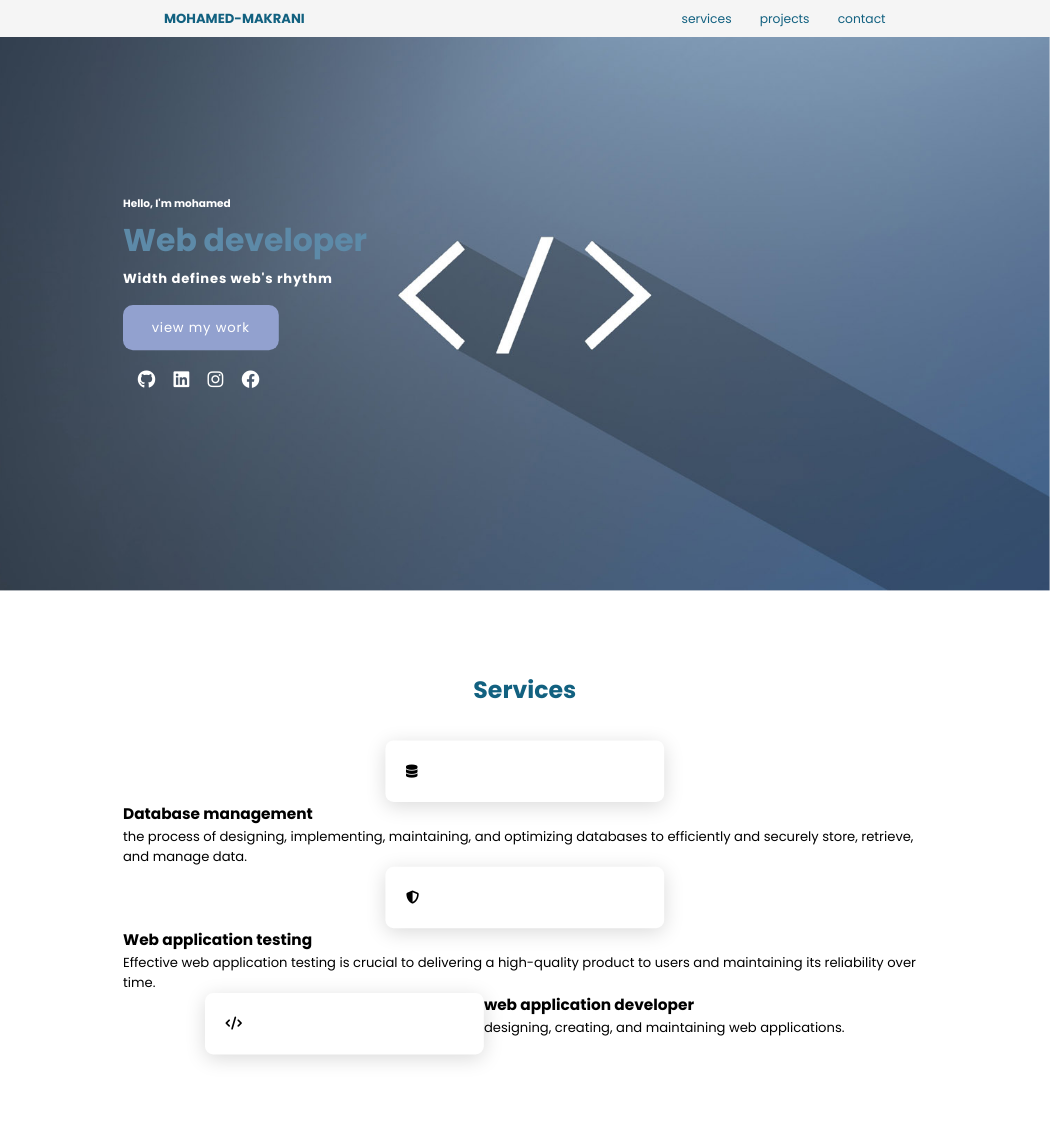
Repository: mohamed-makrani/Portfolio
Page: indixe.html
An editor plug-in stored every save of this project. The page is shown before and after the next save, followed by the edit.
The browser window is 1280 px wide. The pictures show the whole page, at 82% of full size.
Backgrounds fixed to the window are drawn as part of the page.

Above is the page before, as saved 2023-09-16 19:35:47.

After the next save:
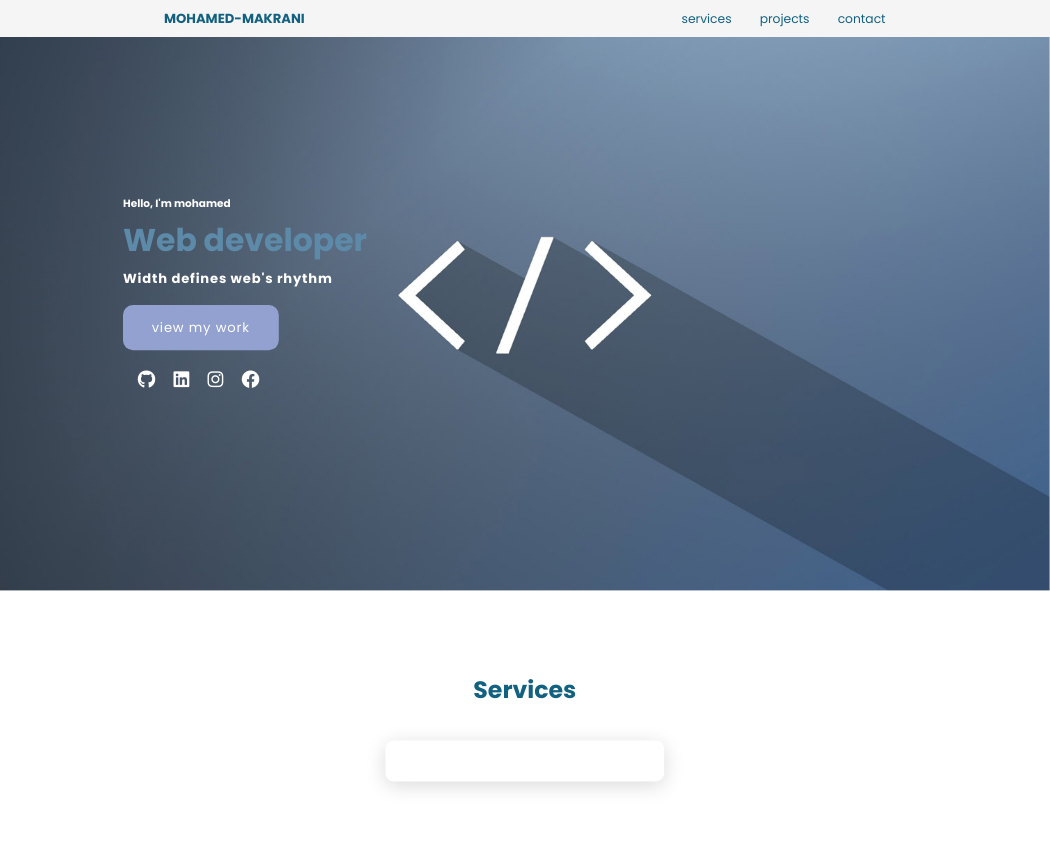
Saved 8 min 26 s later.
--- a/indixe.html
+++ b/indixe.html
@@ -33,29 +33,26 @@
     </section>
     <section class="cards" id="services" >
         <h2 class="title">Services</h2>
-        <div class="content">
+        <div class="content" >
             <div class="card">
-                <div class="icon"> <i class="fa-solid fa-database"></i></div>
+                <div class="icon"></div>
+                <div class="info">
+                    <h2></h2>
+                    <p></p>
+                </div>
+
+
+
+
+
+
 
             </div>
-            <div class="info">
-                <h3>Database management</h3>
-                <p> the process of designing, implementing, maintaining, and optimizing databases to efficiently and securely store, retrieve, and manage data.</p>
-            </div>
-            <div class="card">
-                <div class="icon"><i class="fa-solid fa-shield-halved"></i></i></div>
-            </div>
-            <div class="info">
-                <h3>Web application testing</h3>
-                <p> Effective web application testing is crucial to delivering a high-quality product to users and maintaining its reliability over time.</p>
-            </div>
-            <div class="card">
-                <div class="icon"><i class="fa-solid fa-code"></i></div>
-            </div>
-            <div class="info">
-                <h3>web application developer</h3>
-                <p> designing, creating, and maintaining web applications.</p>
-            </div>
+
+
+
+
+
 
 
         </div>
